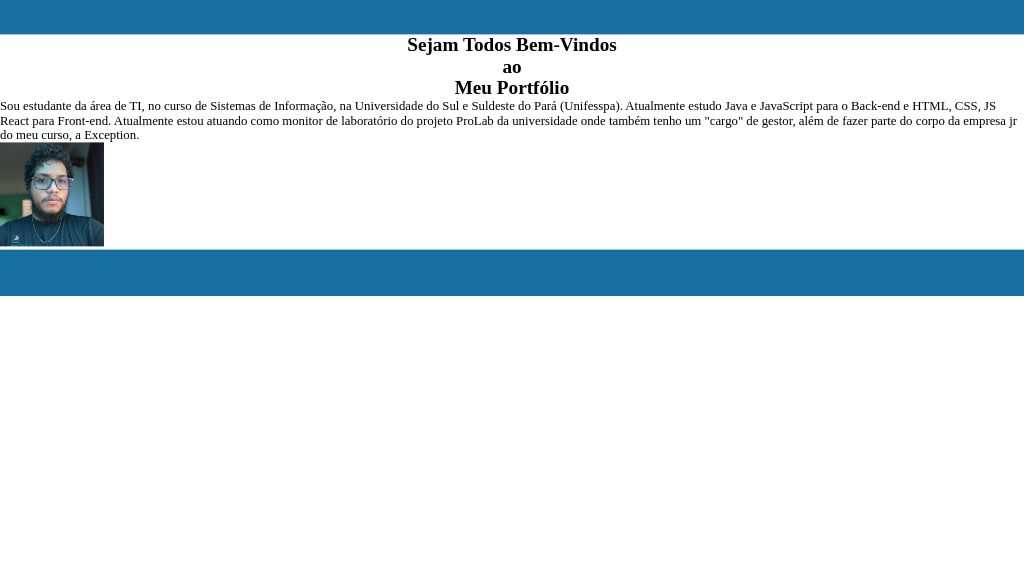
Repository: ramoncbarbosa/Web1_Atividade2
Page: index.html
These files come from the project's save history. The page is drawn as it stood at one moment and after the next save; the edit follows.
The browser window is 1280 px wide. The pictures show the whole page, at 80% of full size.

Above is the page before, as saved 2023-06-10 15:19:28.

After the next save:
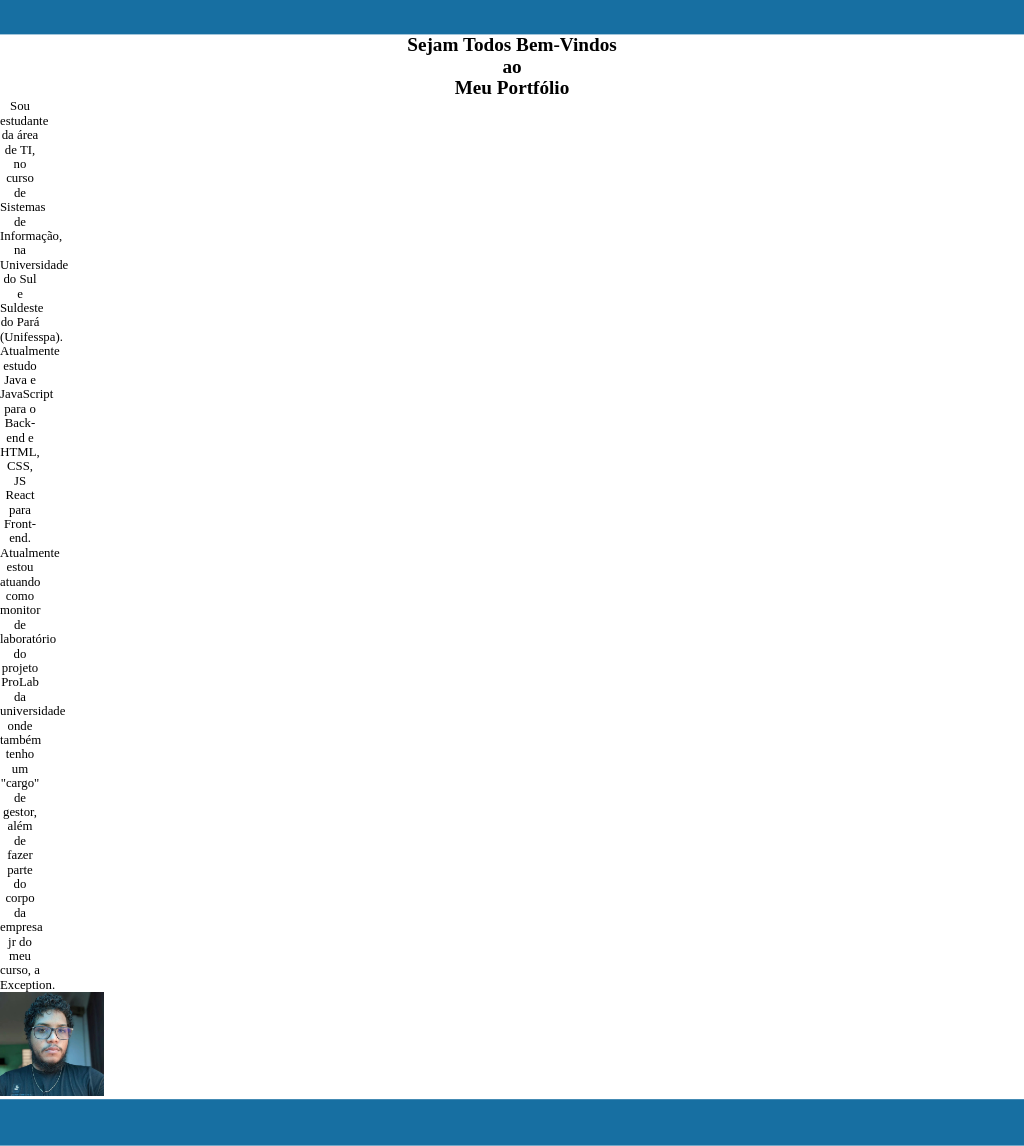
Saved 7 s later.
--- a/styles/styles.css
+++ b/styles/styles.css
@@ -26,7 +26,7 @@
     justify-content: center;
 }
 
-.princiapl__texto{
+.principal__texto{
     width: 50px;
     text-align: center;
     flex-wrap: wrap;
